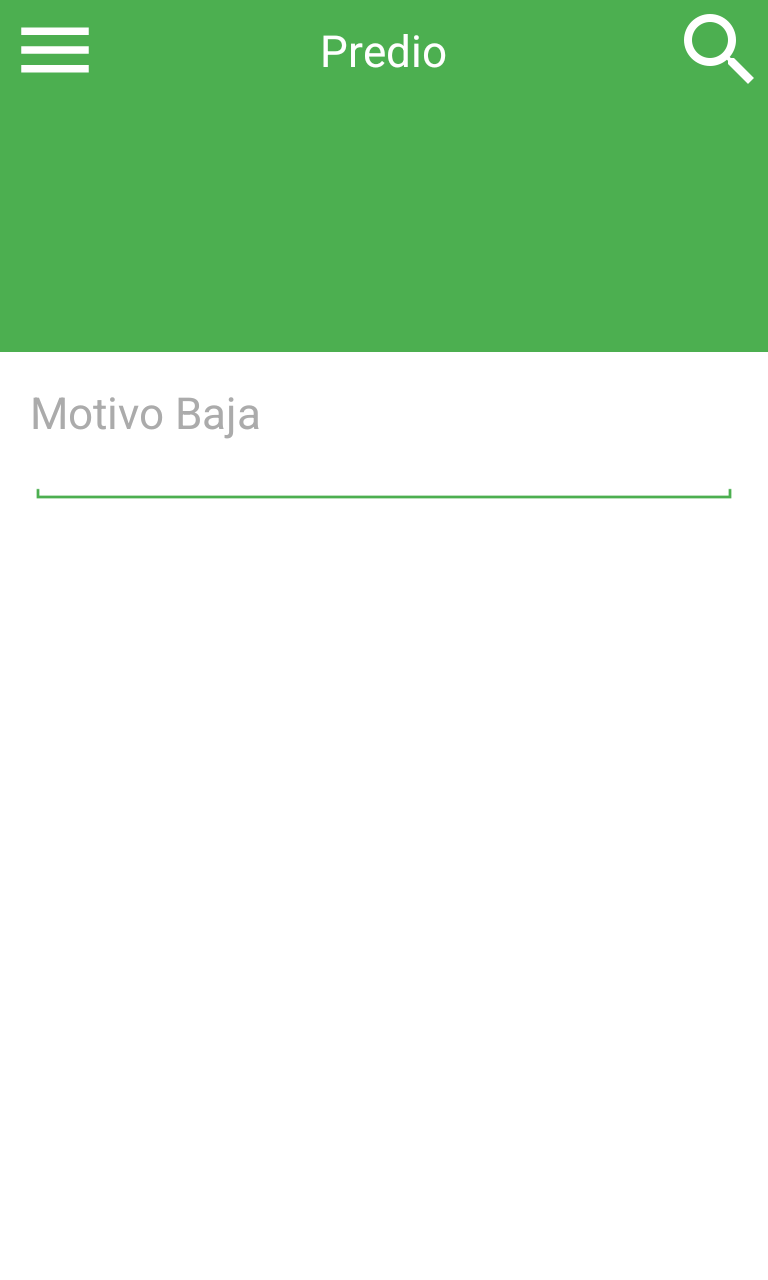
Repository: danielctf/Chilterra
Layout: Proyectos/Animales/res/layout/activity_baja_ganado.xml
These files come from the project's save history. The layout is drawn as it stood at one moment and after the next save; the edit follows.
It is drawn on a 768 x 1280 px phone screen (xhdpi) without system bars, with theme AppTheme; the app's code is not run.

Above is the layout before, as saved 2015-10-09 16:40:30.

After the next save:
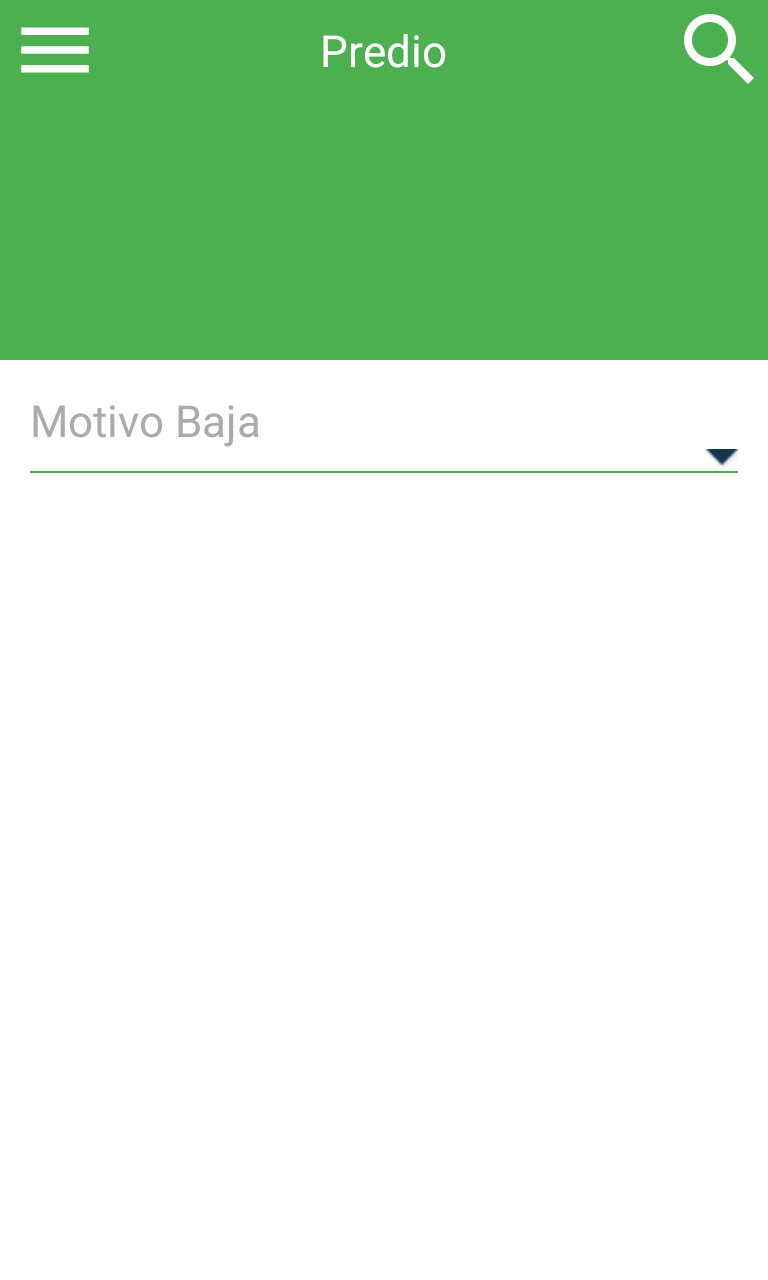
Saved 36 s later.
--- a/Proyectos/Animales/res/drawable/spinner_style.xml
+++ b/Proyectos/Animales/res/drawable/spinner_style.xml
@@ -2,9 +2,9 @@
 <selector xmlns:android="http://schemas.android.com/apk/res/android" >
 
     <item android:state_pressed="false"
-    android:drawable="@drawable/apptheme_textfield_activated_holo_light"  />
+    android:drawable="@drawable/spinner_normal"  />
 
 	<item android:state_pressed="true"
-    android:drawable="@drawable/apptheme_textfield_focused_holo_light" />
+    android:drawable="@drawable/spinner_pressed" />
 
 </selector>
